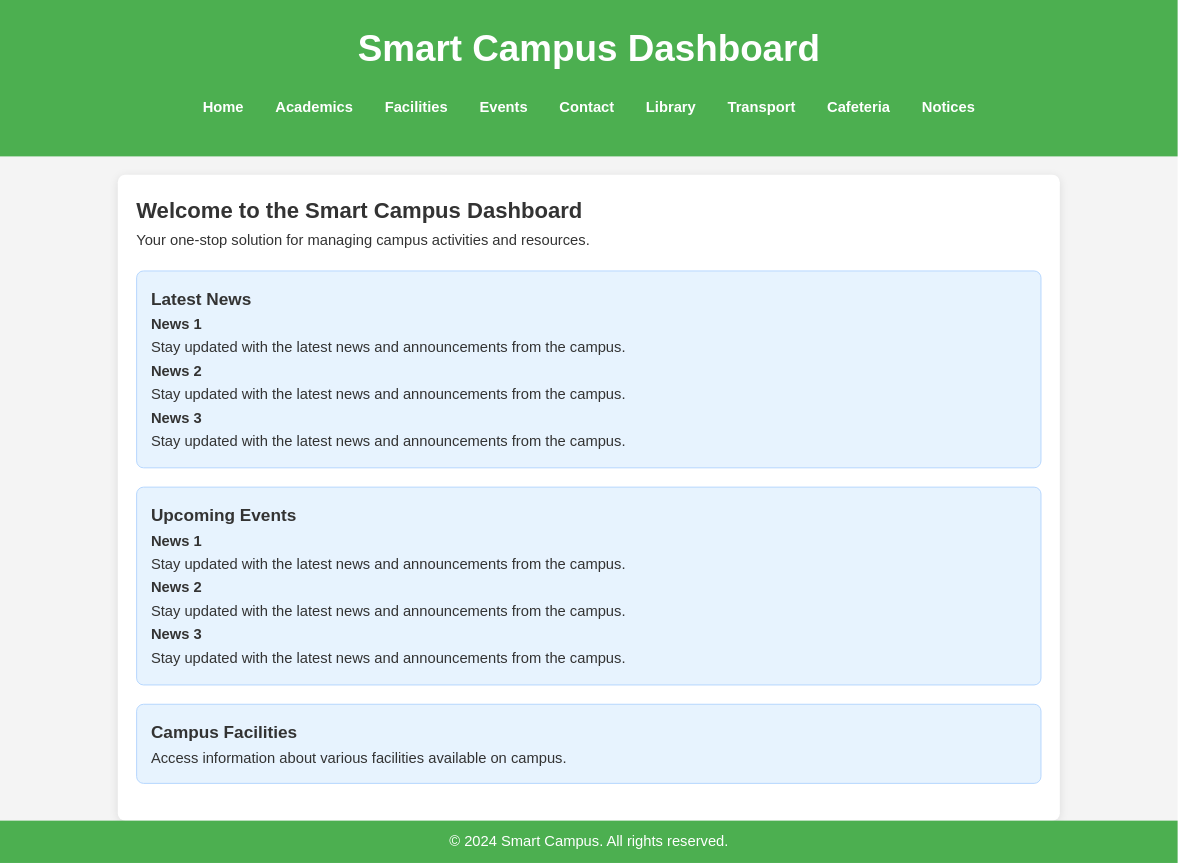
Repository: TejasS1233/MINITHON-hackathon-project
Page: Omar.html
These files come from the project's save history. The page is drawn as it stood at one moment and after the next save; the edit follows.
The browser window is 1280 px wide. The pictures show the whole page, at 92% of full size.

Above is the page before, as saved 2024-09-20 08:51:11.

After the next save:
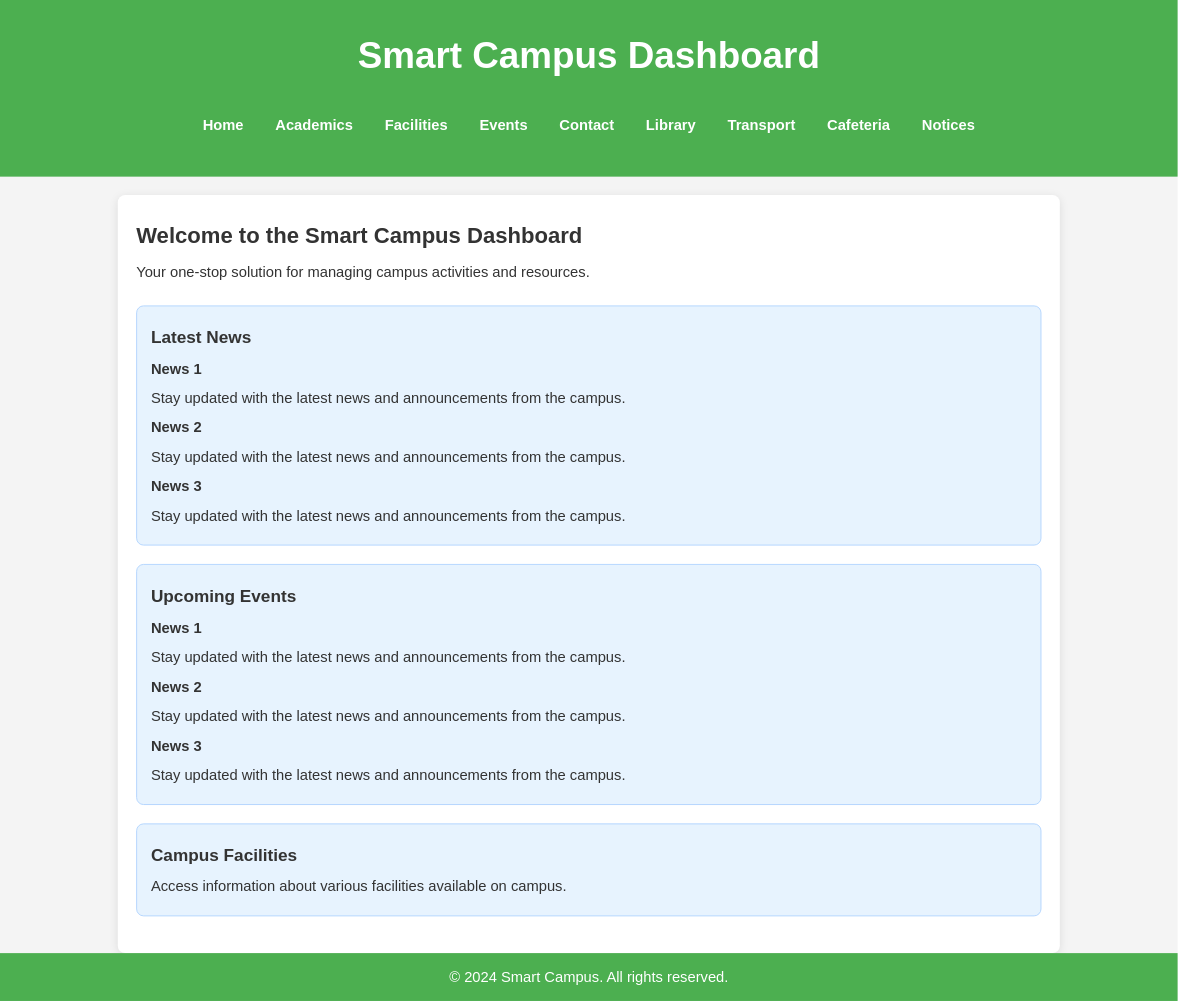
Saved 1 s later.
--- a/styles.css
+++ b/styles.css
@@ -8,7 +8,7 @@ body {
     font-family: 'Arial', sans-serif;
     background-color: white;
     color: #333;
-    line-height: 1.6;
+    line-height: 2;
     padding: 20px;
 }
 
